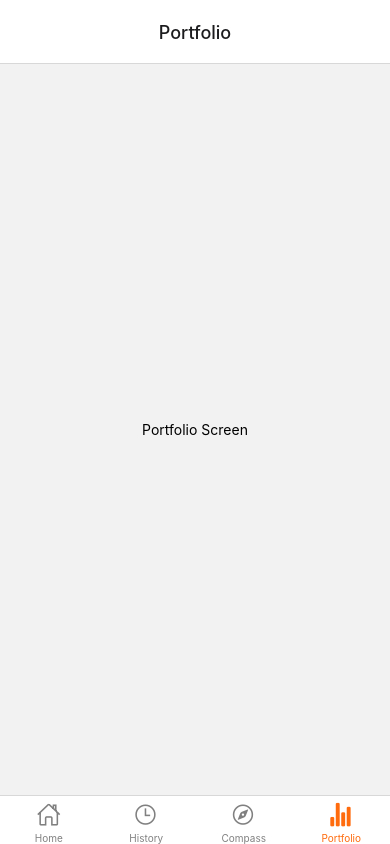
Repository: duongnoob23/WIND_SPEED_IOT
Screen: /Portfolio
These files come from the project's save history. The screen is drawn as it stood at one moment and after the next save; the edit follows.
The app was drawn by React Native's web renderer in a window 390 px wide. The project was rebuilt for these pictures with package versions that can differ from the ones it lists, and the page was loaded fresh each time. Also part of the build but not shown: src/page/screens/HomeScreen.js, src/page/screens/ExpensesScreen.js.

Above is the screen before, as saved 2025-03-11 14:29:41.

After the next save:
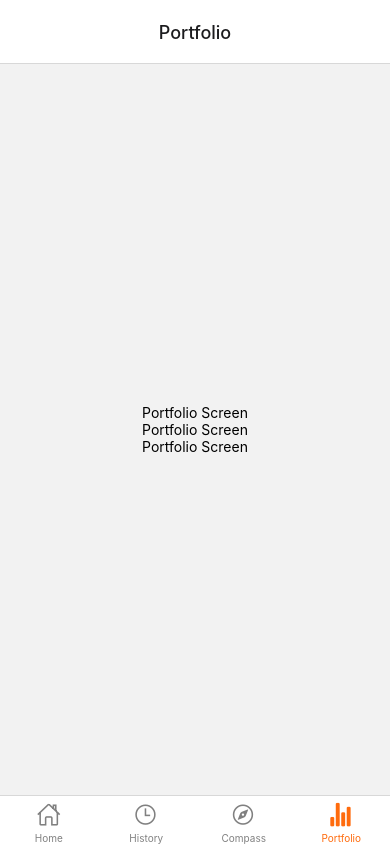
Saved 30 s later.
--- a/src/page/screens/PortfolioScreen.js
+++ b/src/page/screens/PortfolioScreen.js
@@ -4,7 +4,9 @@ import { View, Text, StyleSheet } from "react-native";
 export default function PortfolioScreen() {
   return (
     <View style={styles.container}>
-      <Text>Portfolio Screen</Text>
+      <Text style={styles.box1}>Portfolio Screen</Text>
+      <Text style={styles.box2}>Portfolio Screen</Text>
+      <Text style={styles.box3}>Portfolio Screen</Text>
     </View>
   );
 }
